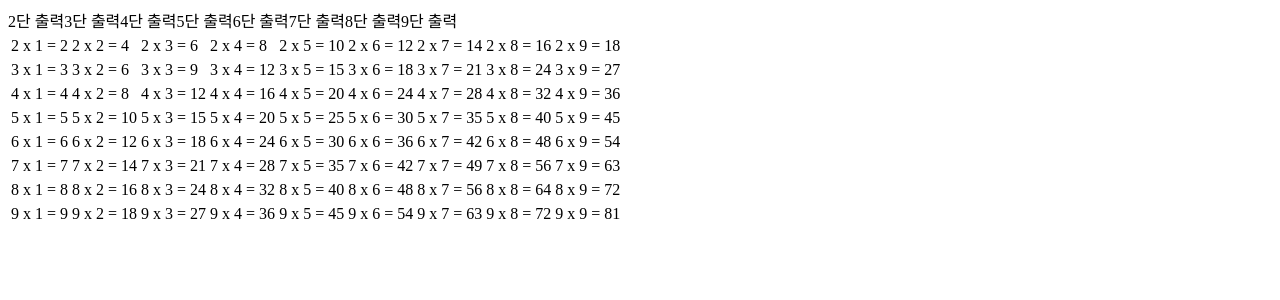
Repository: carnelli95/workspace_JSP
Page: http://localhost/MustHaveJSP/JSPMission/Gugudan2.jsp
These files come from the project's save history. The page is drawn as it stood at one moment and after the next save; the edit follows.
The browser window is 1280 px wide. The pictures show the whole page.
The page is served by Tomcat 9. Other server files are loaded and not shown.

Above is the page before, as saved 2025-09-26 07:37:46.

### MustHaveJSP/src/main/webapp/JSPMission/Gugudan2.jsp
<%@ page language="java" contentType="text/html; charset=UTF-8"
    pageEncoding="UTF-8"%>
<!DOCTYPE html>
<html>
<head>
<meta charset="UTF-8">
<title>Insert title here</title>
</head>
<body>
	<table>
<%
	for(int i = 2; i <= 9; i++) {
		out.println("<tr>" + i + "단 출력</tr>");
		for(int j = 1; j <= 9; j++) {
			out.print("<td>" + i + " x " + j  + " = " + i * j + "</td>" + "\t");
		}
	}
%>
</table>
</body>
</html>

After the next save:
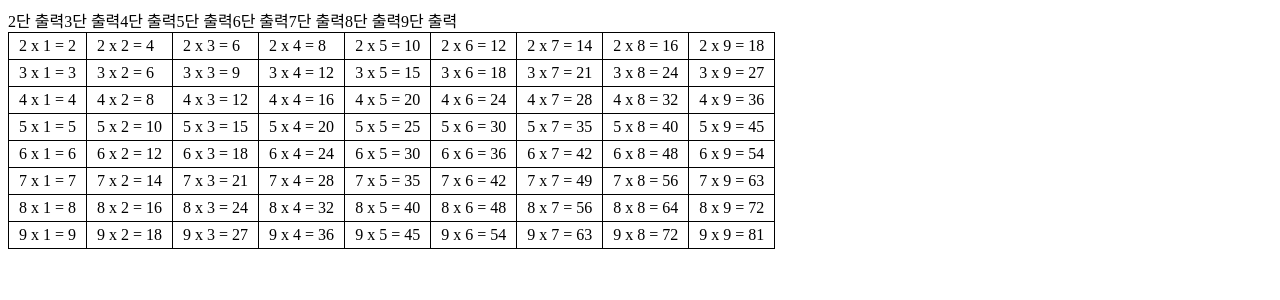
Saved 31 s later.
--- a/MustHaveJSP/src/main/webapp/JSPMission/Gugudan2.jsp
+++ b/MustHaveJSP/src/main/webapp/JSPMission/Gugudan2.jsp
@@ -2,6 +2,20 @@
     pageEncoding="UTF-8"%>
 <!DOCTYPE html>
 <html>
+ <style>
+ table {
+ border:1px solid;
+ border-collapse: collapse;
+ }
+ td, tr {
+ border:1px solid;
+ padding: 4px 10px;
+ }
+ .title {
+ text-align: center;
+ background-color: lightgray;
+ }
+ </style>
 <head>
 <meta charset="UTF-8">
 <title>Insert title here</title>
